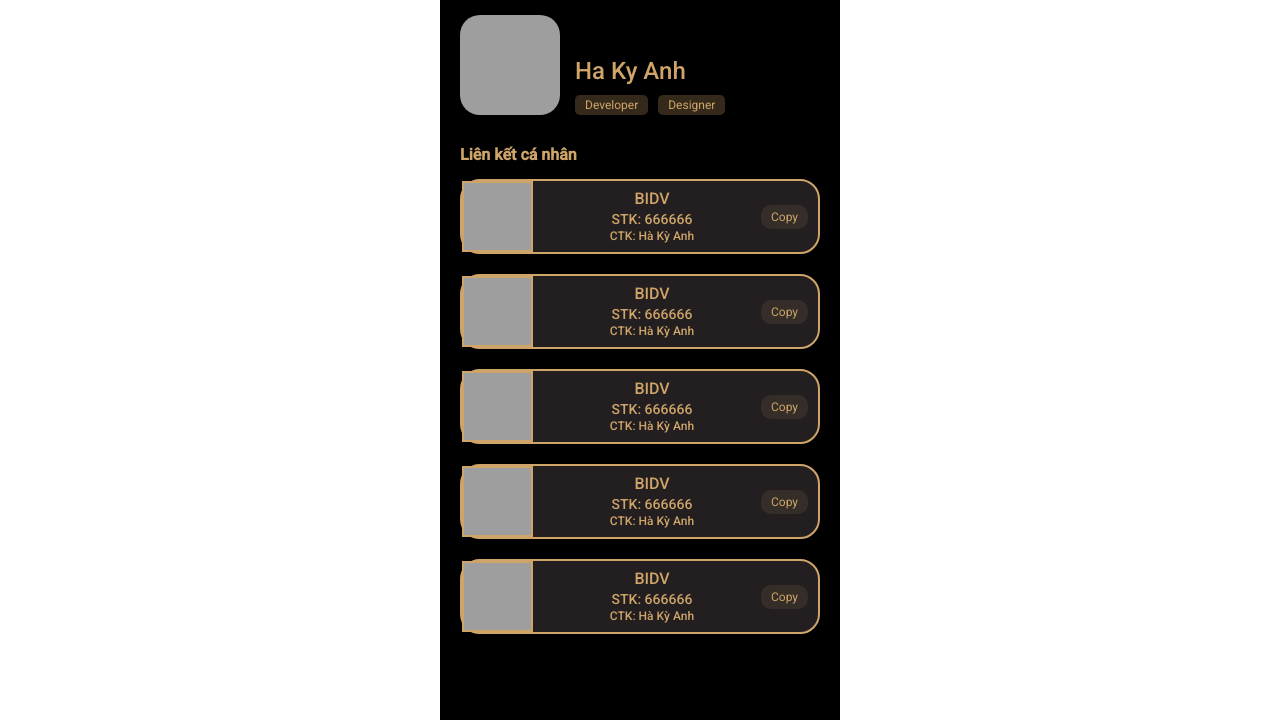
Repository: yzarc204/nguyen-tien-viet-hoang
Page: thong-tin-thanh-toan/index.html
An editor plug-in stored every save of this project. The page is shown before and after the next save, followed by the edit.
The browser window is 1280 px wide. The pictures show the whole page.
Pictures or frames that could not be fetched are drawn as grey boxes.

Above is the page before, as saved 2021-09-27 11:16:47.

After the next save:
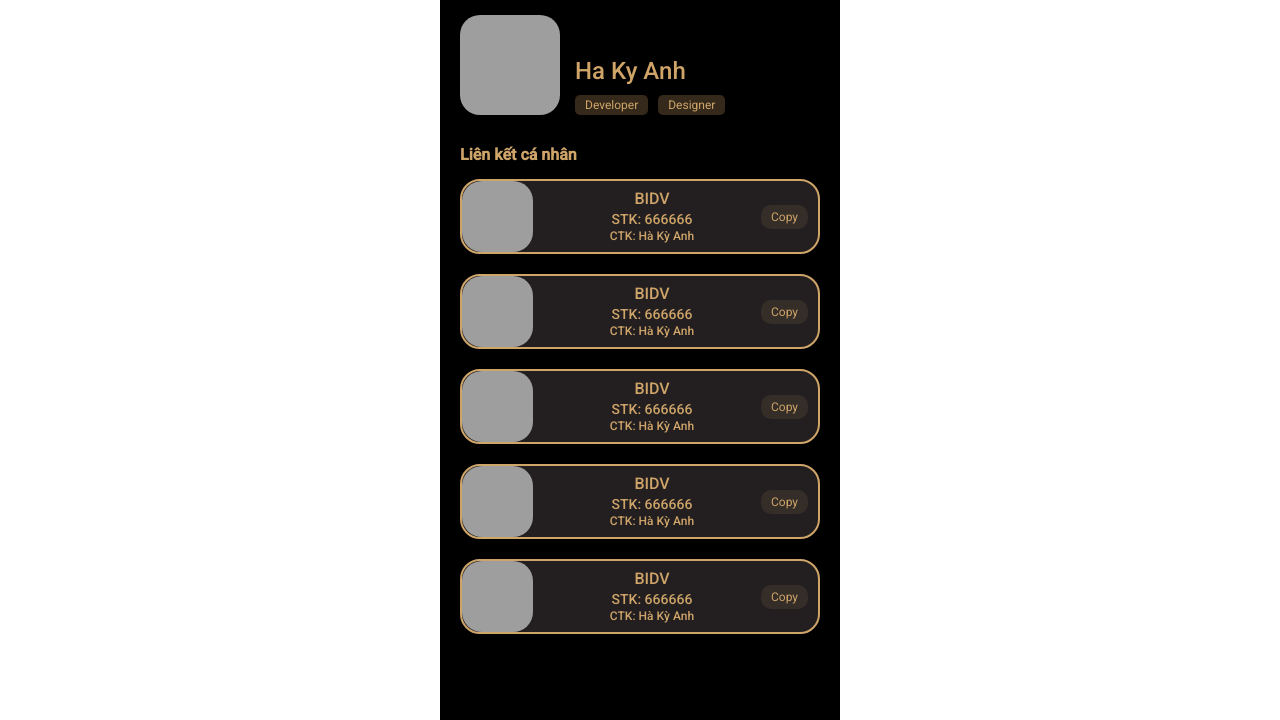
Saved 12 s later.
--- a/thong-tin-thanh-toan/public/css/index.css
+++ b/thong-tin-thanh-toan/public/css/index.css
@@ -104,7 +104,7 @@ body {
 .bank-logo {
     width: calc(var(--size) - 4px);
     height: calc(var(--size) - 4px);
-    border: inherit;
+    border-radius: var(--border-rounded);
 }
 .bank-info {
     flex: 1;
